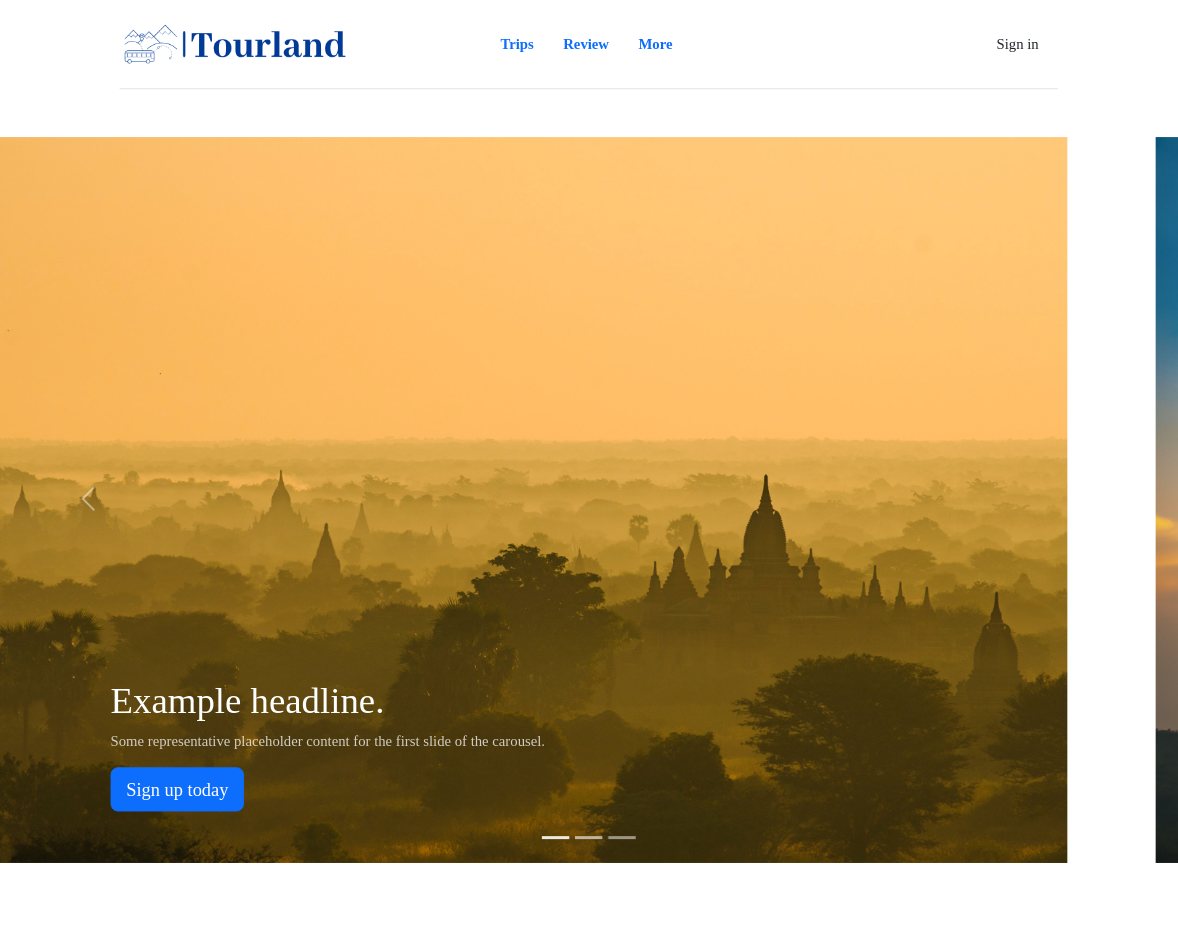
Repository: nyeinsu4520/tourland
Page: http://localhost/card
An editor plug-in stored every save of this project. The page is shown before and after the next save, followed by the edit.
The browser window is 1280 px wide. The pictures show the whole page, at 92% of full size.
Some web fonts or font styles are not loaded; a fallback is used. The page is this project's Thymeleaf template; nobody is signed in. The template is opened directly, without the code that normally fills it, so the values that code supplies are empty.

Above is the page before, as saved 2024-06-01 05:18:18.

After the next save:
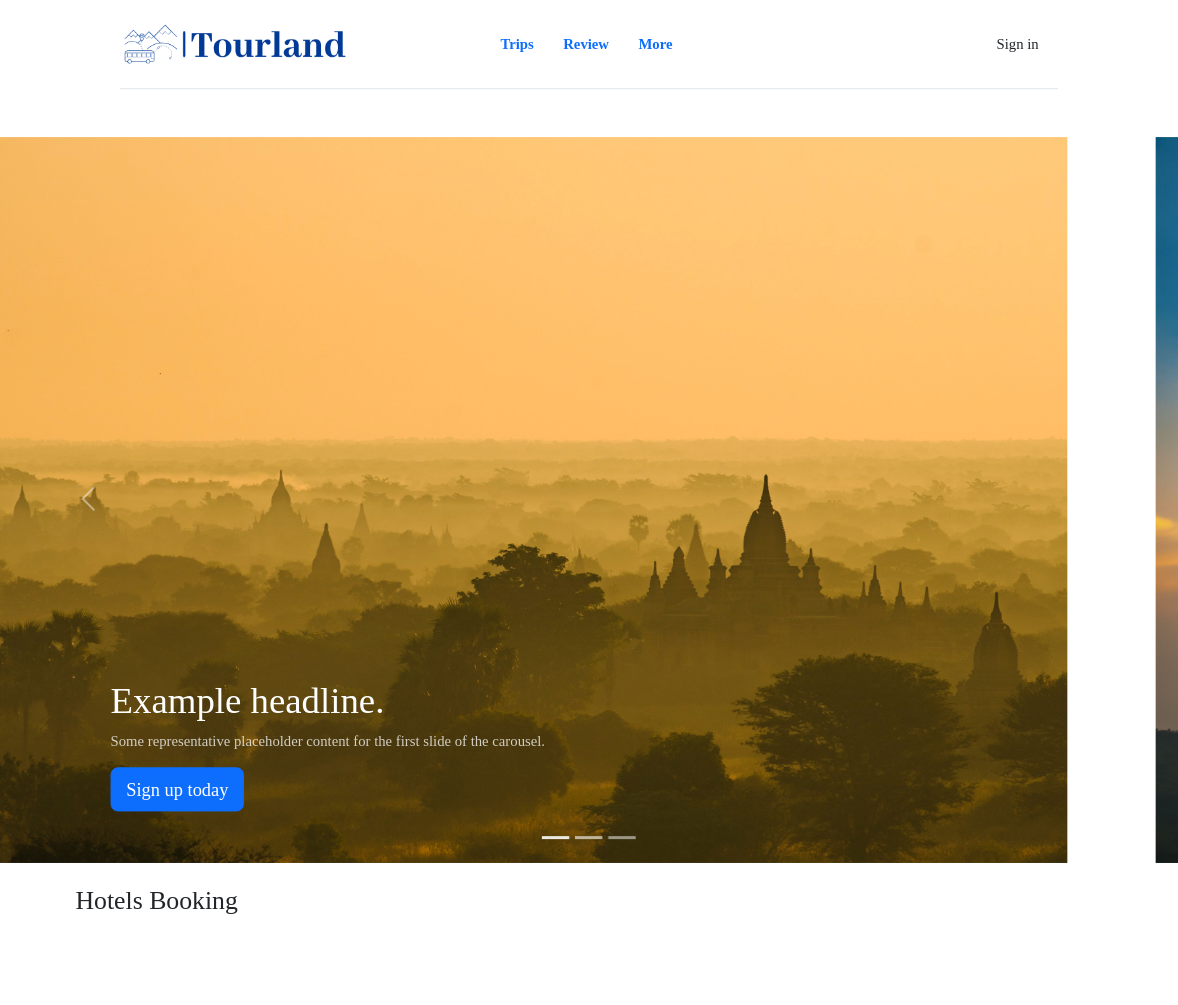
Saved 86 s later.
--- a/Tourland/src/main/resources/templates/card.html
+++ b/Tourland/src/main/resources/templates/card.html
@@ -128,7 +128,10 @@
 	</div>
 
 
+	<div class="container mt-4">
+	<h3>Hotels Booking</h3>
 
+	</div>
 	<div id="cardCarousel" class="carousel slide mt-5 pt-5" data-bs-ride="carousel">
     <div class="carousel-inner">
         <div class="carousel-item active">
